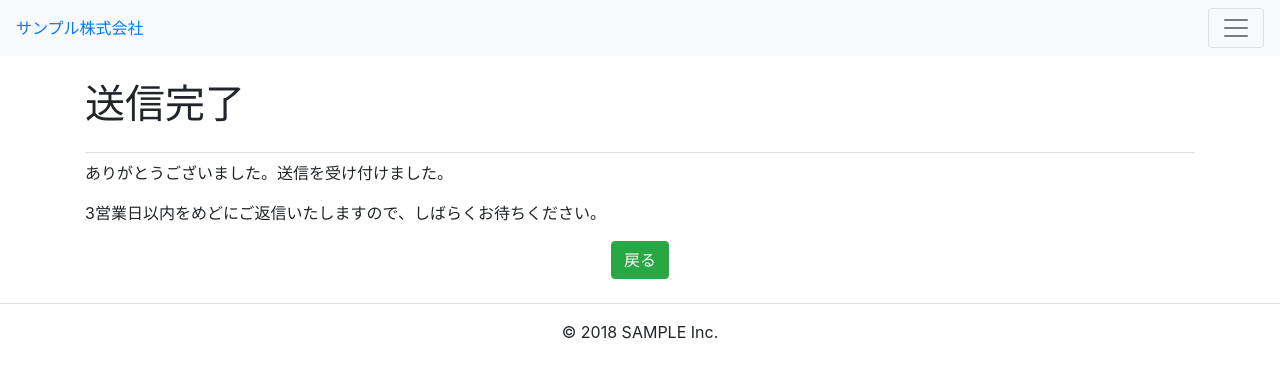
Repository: momoppii/checkii
Page: complete.html
The author's editor kept a record of every edit. The page is drawn from the files as they stood at one moment, then again after the next edit.
The browser window is 1280 px wide. The pictures show the whole page.

Above is the page before.

After the next edit:
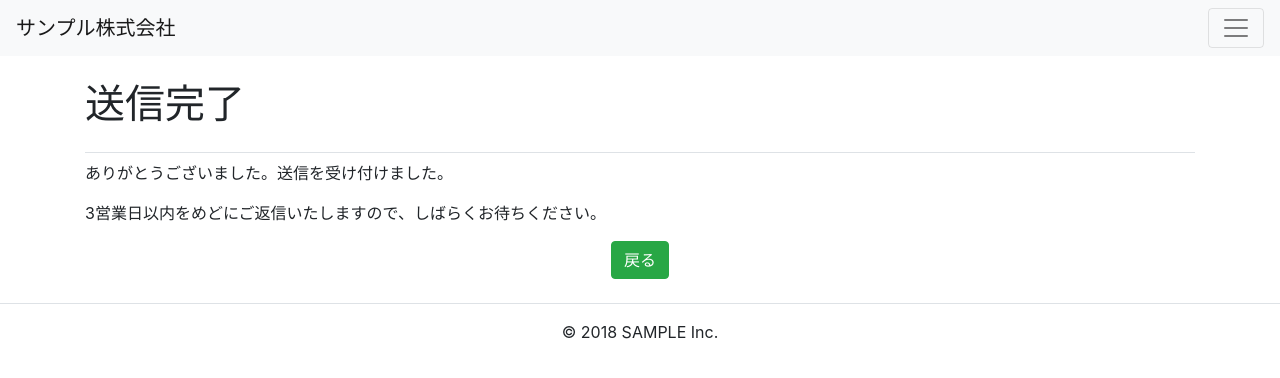
The edit:
--- a/complete.html
+++ b/complete.html
@@ -15,7 +15,7 @@
         <!--576px以上の画面幅のとき、メニューを表示する指定を追加-->
         <nav class="navbar navaer-expand-sm navbar-light bg-light">
             <!-- 画面左上に表示するサイト名のリンクとして適切な表示をするための指定を追加 -->
-            <a href="#" class="">サンプル株式会社</a>
+            <a href="#" class="navbar-brand">サンプル株式会社</a>
 
             <button type="button" class="navbar-toggler" data-toggle="collapse" data-target="#nav-bar">
                 <span class="navbar-toggler-icon"></span>
